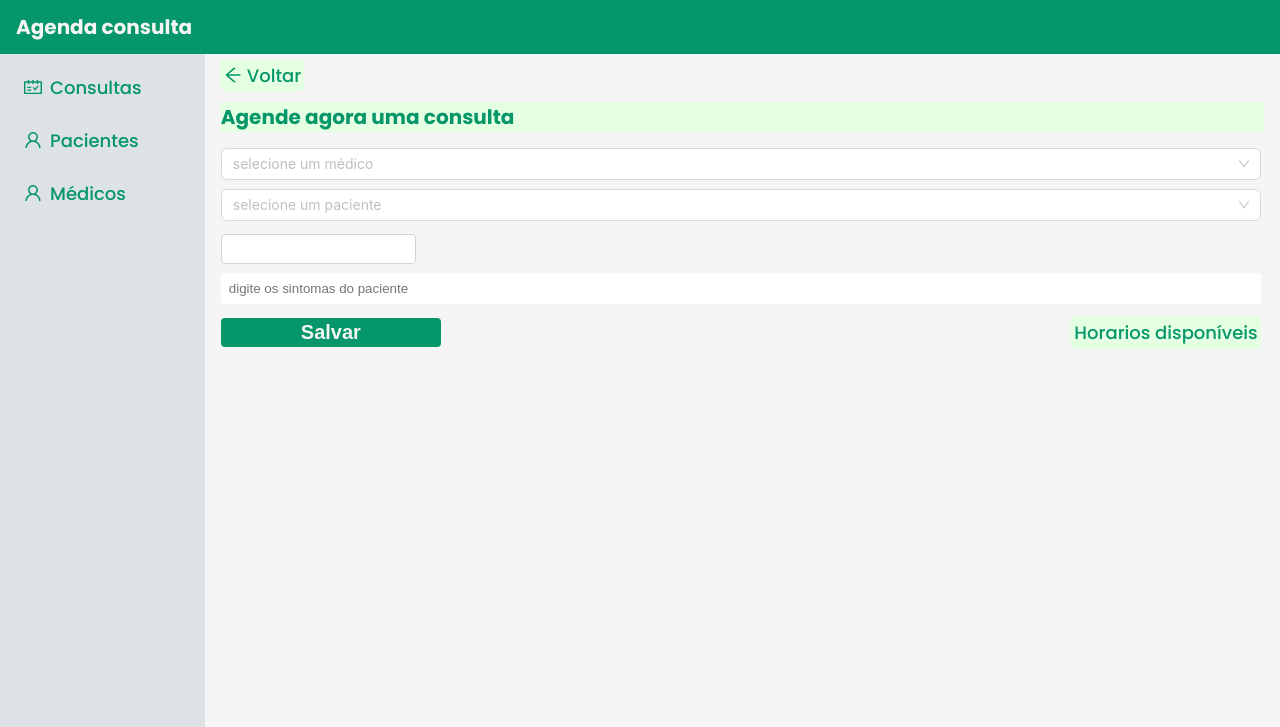
Repository: BarbaraCD/agendaconsulta
Page: /appointments/new
These files come from the project's save history. The page is drawn as it stood at one moment and after the next save; the edit follows.
The browser window is 1280 px wide. The pictures show the whole page.
The page's requests for data from a server got no answer. The project was rebuilt for these pictures with package versions that can differ from the ones it lists, and the page was loaded fresh each time. No one was signed in, and anything a server would have sent is missing. Also part of the build but not shown: vite.config.ts, src/components/Calendar.tsx, src/components/InputPatient.tsx, src/styles/CreateContainer.ts, src/components/DoctorTable.tsx, src/components/PatientTable.tsx, src/components/InputDoctors.tsx.

Above is the page before, as saved 2023-08-29 16:41:08.

### index.html
<!DOCTYPE html>
<html lang="en">
  <head>
    <meta charset="UTF-8" />
    <link rel="icon" type="image/svg+xml" href="/vite.svg" />
    <meta name="viewport" content="width=device-width, initial-scale=1.0" />

    <link rel="preconnect" href="https://fonts.googleapis.com">
    <link rel="preconnect" href="https://fonts.gstatic.com" crossorigin>
    <link href="https://fonts.googleapis.com/css2?family=Poppins:wght@400;500;700&display=swap" rel="stylesheet">

    <title>Agendamento de Consulta</title>
  </head>
  <body>
    <div id="root"></div>
    <script type="module" src="/src/main.tsx"></script>
  </body>
</html>

### src/main.tsx
/* eslint-disable @typescript-eslint/no-non-null-assertion */
import React from 'react'
import ReactDOM from 'react-dom/client'
import { ThemeProvider } from 'styled-components'
import GlobalStyle, { Container, Content } from './styles/global'
import { theme } from './styles/Theme.ts'
import App from './App.tsx'
import { Routes } from './routes/index.tsx'
import { Header } from './components/Header.tsx'
import { BrowserRouter } from 'react-router-dom'

ReactDOM.createRoot(document.getElementById('root')!).render(
  <React.StrictMode>
    <ThemeProvider theme={theme}>
      <GlobalStyle />
      <BrowserRouter>
        <Header />
        <Container>
          <App />
          <Content>
            <Routes />
          </Content>
        </Container>
      </BrowserRouter>
    </ThemeProvider>
  </React.StrictMode>,
)

### src/styles/global.ts
import styled, { createGlobalStyle } from 'styled-components'

export default createGlobalStyle`
  *{
    margin: 0;
    padding: 0;
    box-sizing: border-box;

  }
  body{
    height: 100%;
    width: 100%;
    font-family: 'Poppins', sans-serif;
    background: ${(props) => props.theme.colors.white};
    font-size: ${(props) => props.theme.size.xl};
  }
`

export const Container = styled.div`
  display: flex;
`

export const SidebarGlobal = styled.div`
  width: 16%;
`

export const Content = styled.div`
  flex: 1;
  margin: 0 1rem;
`

### src/styles/Theme.ts
export const theme = {
  colors: {
    primary: '#059669',
    head: '#059669B3',
    100: '#E4FFE1',

    sbcolor: '#DCE2E6',
    gray: '#41414D',
    black: '#000',
    white: '#f5f5f5',
  },
  size: {
    sm: '14px',
    md: '16px',
    lg: '18px',
    xl: '20px',
    xxl: '24px',
  },
}

### src/App.tsx
import { SidebarGlobal } from './styles/global'
import { Sidebar } from './components/Sidebar'

export default function App() {
  return (
    <SidebarGlobal>
      <Sidebar />
    </SidebarGlobal>
  )
}

### src/routes/index.tsx
import { AppRoutes } from './app.routes'

export function Routes() {
  return (
    <>
      <AppRoutes />
    </>
  )
}

### src/components/Header.tsx
import { Link } from 'react-router-dom'
import { styled } from 'styled-components'

const ContainerHeader = styled.div`
  padding: 12px 16px;
  width: 100%;
  min-width: 200px;
  font-weight: 700;
  overflow: visible;
  background-color: ${(props) => props.theme.colors.primary};
`

const StyleLink = styled(Link)`
  text-decoration: none;
  word-break: normal;
  display: block;
  align-items: center;
  justify-content: center;
  color: ${(props) => props.theme.colors.white};
`

export function Header() {
  return (
    <ContainerHeader>
      <StyleLink to="/">Agenda consulta</StyleLink>
    </ContainerHeader>
  )
}

### src/components/Sidebar.tsx
import { ScheduleOutlined, UserOutlined } from '@ant-design/icons'
import { StyledSidebar, StyledList } from '../styles/SidebarStyled'
import { Link } from 'react-router-dom'

export function Sidebar() {
  return (
    <StyledSidebar>
      <StyledList>
        <li>
          <ScheduleOutlined style={{ color: '#059669' }} />
          <Link to="/appointments/calendar">Consultas</Link>
        </li>
        <li>
          <UserOutlined style={{ color: '#059669' }} />
          <Link to="/patients/list">Pacientes</Link>
        </li>
        <li>
          <UserOutlined style={{ color: '#059669' }} />
          <Link to="/doctors/list">Médicos</Link>
        </li>
      </StyledList>
    </StyledSidebar>
  )
}

### src/routes/app.routes.tsx
import { Routes, Route } from 'react-router-dom'

import { App } from 'antd'
import { AppointmentsCalendar } from '../components/Calendar'
import { InputPatients } from '../components/InputPatient'
import { DoctorTable } from '../components/DoctorTable'
import { PatientTable } from '../components/PatientTable'
import { InputDoctors } from '../components/InputDoctors'
import { CreateAppointments } from '../components/Appointments'

export function AppRoutes() {
  return (
    <Routes>
      <Route path="/" element={<App />} />

      <Route path="/patients/new" element={<InputPatients />} />
      <Route path="/patients/:id/edit" element={<InputPatients />} />
      <Route path="/patients/list" element={<PatientTable />} />

      <Route path="/doctors/new" element={<InputDoctors />} />
      <Route path="/doctors/:id/edit" element={<InputDoctors />} />
      <Route path="/doctors/list" element={<DoctorTable />} />

      <Route path="/appointments/new" element={<CreateAppointments />} />
      <Route path="/appointments/:id/edit" element={<CreateAppointments />} />
      <Route path="/appointments/calendar" element={<AppointmentsCalendar />} />
    </Routes>
  )
}

### src/styles/SidebarStyled.ts
import styled from 'styled-components'

export const StyledSidebar = styled.div`
  display: flex;
  flex-direction: column;
  background-color: ${(props) => props.theme.colors.sbcolor};
  color: ${(props) => props.theme.colors.black};
  font-size: ${(props) => props.theme.size.lg};
  font-weight: 500;
  justify-content: flex-start;
  align-items: flex-start;
  overflow: auto;
  height: 93.5vh;
  min-height: 100%;
`

export const StyledList = styled.ul`
  list-style: none;
  padding: 0.5rem;

  li {
    cursor: pointer;
    padding: 1rem;
    line-height: 1.3rem;
  }

  a {
    text-decoration: none;
    color: ${(props) => props.theme.colors.primary};
    margin: 0.5rem;
    word-break: break-all;
  }
`

### src/components/Appointments.tsx
/* eslint-disable react-hooks/exhaustive-deps */
import React, { useEffect, useState } from 'react'

import 'react-datepicker/dist/react-datepicker.css'
import { Select } from 'antd'

import {
  createAppointment,
  getAppointment,
  getAppointmentById,
  updateAppointment,
} from '../services/appointment.services'
import { StyledDatepicker } from '../styles/Appointments'
import {
  ApFooter,
  InputContainer,
  MessageError,
  MessageSaved,
  StyledInput,
  StyledLink,
  StyledSelect,
  SubmitButton,
  StyledValidation,
} from '../styles/InputContainer'
import { useNavigate, useParams } from 'react-router-dom'
import { ArrowLeftOutlined } from '@ant-design/icons'
import { DoctorsProps } from './DoctorTable'
import { PatientsProps } from './PatientTable'
import { z } from 'zod'
import { Controller, useForm } from 'react-hook-form'
import { zodResolver } from '@hookform/resolvers/zod'
import { getDoctors } from '../services/doctor.services'
import { getPatient } from '../services/patient.services'

export type AppointmentsProps = {
  doctorID: number
  patientID: number
  date: string | Date
  symptoms: string
  id: number
}

const appointmentSchema = z.object({
  doctorID: z.number({
    required_error: 'Selecione o medico',
  }),
  patientID: z.number({
    required_error: 'Selecione o paciente',
  }),
  date: z.date({
    required_error:
      'Selecione a data e o horario que deseja realizar a consulta',
    invalid_type_error: 'Formato invalido',
  }),
  symptoms: z.string().min(1, 'Por favor, insira os sintomas.'),
})

export type AppointmentSchemaType = z.infer<typeof appointmentSchema>

export const CreateAppointments: React.FC = () => {
  const {
    control,
    register,
    reset,
    handleSubmit,
    formState: { errors, isSubmitting },
  } = useForm<AppointmentSchemaType>({
    resolver: zodResolver(appointmentSchema),
    defaultValues: {
      doctorID: undefined,
      patientID: undefined,
      date: undefined,
      symptoms: '',
    },
  })

  const [doctors, setDoctors] = useState<DoctorsProps[]>([])
  const [patients, setPatients] = useState<PatientsProps[]>([])
  const [appointments, setAppointments] = useState<AppointmentsProps[]>([])

  const [successMessage, setSuccessMessage] = useState<string | null>(null)
  const [errorMessage, setErrorMessage] = useState<string | null>(null)

  const navigate = useNavigate()
  const { id } = useParams()

  useEffect(() => {
    fetchInfos().catch((error) => {
      console.error('Error fetching Infos:', error)
    })
  }, [])

  async function fetchInfos() {
    const responseDoc = await getDoctors()
    const responsePat = await getPatient()
    const response = await getAppointment()
    setDoctors(responseDoc)
    setPatients(responsePat)
    setAppointments(response)
    if (!id) return
    try {
      const responseAp = await getAppointmentById(Number(id))
      const responseDate = {
        ...responseAp,
      }
      responseDate.date = new Date(responseDate.date)
      reset(responseDate as unknown as AppointmentSchemaType)
    } catch (error) {
      console.error('Error fetching Infos:', error)
    }
  }

  function isWeekday(date: Date) {
    const day = date.getDay()
    return day !== 0 && day !== 6
  }

  function isAppointmented(time: Date) {
    const selectedDateISO = time.toISOString()
    const existingAppointment = appointments.find(
      (appointment) => appointment.date === selectedDateISO,
    )
    return existingAppointment
  }

  const handleScheduleAppointment = async (data: AppointmentSchemaType) => {
    try {
      if (id) {
        await updateAppointment(Number(id), data)
        navigate(-1)
      } else {
        await createAppointment(data)
      }
      setSuccessMessage('Consulta agendada com sucesso!')
      setTimeout(() => {
        setSuccessMessage(null)
      }, 2000)
      reset()
    } catch (error) {
      setErrorMessage('Erro ao agendar consulta.')
    }
  }

  return (
    <InputContainer>
      {successMessage && <MessageSaved>{successMessage}</MessageSaved>}
      {errorMessage && <MessageError>{errorMessage}</MessageError>}

      <StyledLink to="/appointments/calendar">
        <ArrowLeftOutlined /> Voltar
      </StyledLink>

      <form onSubmit={handleSubmit(handleScheduleAppointment)}>
        <h3>Agende agora uma consulta</h3>

        <div>
          <Controller
            name="doctorID"
            control={control}
            render={({ field }) => (
              <StyledSelect {...field} placeholder="selecione um médico">
                {doctors.map((doc) => (
                  <Select.Option key={doc.id} value={doc.id}>
                    {doc.name}
                  </Select.Option>
                ))}
              </StyledSelect>
            )}
          />
          {errors.doctorID && (
            <StyledValidation>{errors.doctorID.message}</StyledValidation>
          )}
        </div>

        <div>
          <Controller
            name="patientID"
            control={control}
            render={({ field }) => (
              <StyledSelect {...field} placeholder="selecione um paciente">
                {patients.map((pat) => (
                  <Select.Option key={pat.id} value={pat.id}>
                    {pat.name}
                  </Select.Option>
                ))}
              </StyledSelect>
            )}
          />
          {errors.patientID && (
            <StyledValidation>{errors.patientID.message}</StyledValidation>
          )}
        </div>

        <div>
          <Controller
            control={control}
            name="date"
            render={({ field: { value, ...field } }) => (
              <StyledDatepicker
                {...field}
                showTimeSelect
                minTime={new Date(0, 0, 0, 8, 0)}
                maxTime={new Date(0, 0, 0, 18, 0)}
                minDate={new Date()}
                selected={value}
                dateFormat="dd/MM/yyyy HH:mm"
                filterTime={(time) => !isAppointmented(time)}
                filterDate={(date) => isWeekday(date)}
              />
            )}
          />
          {errors.date && (
            <StyledValidation>{errors.date.message}</StyledValidation>
          )}
        </div>

        <div>
          <StyledInput
            {...register('symptoms')}
            type="text"
            placeholder="digite os sintomas do paciente"
          />
          {errors.symptoms && (
            <StyledValidation>{errors.symptoms.message}</StyledValidation>
          )}
        </div>

        <ApFooter>
          <SubmitButton type="submit" disabled={isSubmitting}>
            <p>Salvar</p>
          </SubmitButton>
          <StyledLink to="/appointments/calendar">
            Horarios disponíveis
          </StyledLink>
        </ApFooter>
      </form>
    </InputContainer>
  )
}

### src/services/appointment.services.ts
import {
  AppointmentSchemaType,
  AppointmentsProps,
} from '../components/Appointments'
import { api } from './ApiConfig'

export async function getAppointment(): Promise<AppointmentsProps[]> {
  try {
    const response = await api.get('/appointment')
    return response.data
  } catch (error) {
    throw new Error('Erro ao obter dados dos agendamentos:')
  }
}

export async function getAppointmentById(
  id: number,
): Promise<AppointmentsProps> {
  try {
    const response = await api.get(`/appointment/${id}`)
    return response.data
  } catch (error) {
    throw new Error('Erro ao obter dados dos agendamentos:')
  }
}

export async function createAppointment(newAppointment: AppointmentSchemaType) {
  return api.post('/appointment', newAppointment)
}

export async function updateAppointment(
  id: number,
  data: AppointmentSchemaType,
) {
  try {
    const response = await api.put(`/appointment/${id}`, data)
    return response.data
  } catch (error) {
    throw new Error('Erro ao obter dados da consulta:')
  }
}

export async function deleteAppointment(id: number) {
  return await api.delete(`/appointment/${id}`)
}

### src/styles/InputContainer.ts
import styled from 'styled-components'
import { Select } from 'antd'
import { Link } from 'react-router-dom'

export const InputContainer = styled.main`
  color: ${(props) => props.theme.colors.black};
  font-size: ${(props) => props.theme.size.md};
  padding: 0.5rem 0;

  div {
    margin: 0.2rem 0.2rem 0.2rem 0;
  }

  h3 {
    background-color: ${(props) => props.theme.colors[100]};
    color: ${(props) => props.theme.colors.primary};
    font-size: ${(props) => props.theme.size.xl};
    margin: 0.8rem 0;
  }

  label {
    display: flex;
    margin: 0.2rem;
  }

  p {
    font-size: ${(props) => props.theme.size.lg};
    font-weight: 400;
  }
`

export const StyledValidation = styled.span`
  size: ${(props) => props.theme.size.md};
  color: red;
`

export const ApFooter = styled.div`
  display: flex;
  align-items: center;
  justify-content: space-between;
  margin-bottom: 0.5rem;
`

export const StyledSelect = styled(Select)`
  width: 100%;
  border: none;
`

export const SubmitButton = styled.button`
  padding: 0.2rem 5rem;
  border: none;
  border-radius: 4px;
  overflow: hidden;
  cursor: pointer;
  margin: 0.5rem 0;
  background-color: ${(props) => props.theme.colors.primary};
  color: ${(props) => props.theme.colors.white};

  p {
    font-size: ${(props) => props.theme.size.xl};
    font-weight: 600;
  }

  &:hover {
    background-color: ${(props) => props.theme.colors.head};
  }
`

export const StyledLink = styled(Link)`
  text-decoration: none;
  color: ${(props) => props.theme.colors.primary};
  background-color: ${(props) => props.theme.colors[100]};
  font-weight: 600;
  border-radius: 4px;
  margin: 0.5rem 0;
  padding: 0.2rem;
  justify-content: start;
  align-items: center;

  font-size: ${(props) => props.theme.size.lg};
  font-weight: 500;
  overflow: hidden;

  &:hover {
    color: ${(props) => props.theme.colors.gray};
    background-color: ${(props) => props.theme.colors.sbcolor};
  }
`

export const MessageSaved = styled.p`
  justify-content: center;
  text-align: center;
  width: 30%;
  border-radius: 4px;
  margin: 0 35%;
  background-color: ${(props) => props.theme.colors[100]};
  color: ${(props) => props.theme.colors.primary};
  size: ${(props) => props.theme.size.lg};
`

export const MessageError = styled.p`
  background-color: lightpink;
  color: red;
  justify-content: center;
  text-align: center;
  width: 30%;
  border-radius: 4px;
  margin: 0 35%;
`

export const StyledInput = styled.input`
  width: 100%;
  padding: 0.5rem;
  border: none;
  border-radius: 4px;
  overflow: hidden;
`

export const PatSpan = styled.span`
  text-decoration: none;
  color: ${(props) => props.theme.colors.primary};
  background-color: ${(props) => props.theme.colors[100]};
  font-weight: 500;
  border-radius: 4px;
  margin-top: 1rem;
`
export const FlexDiv = styled.div`
  display: flex;
  justify-content: space-between;
  align-items: center;
`

### src/styles/Appointments.ts
import { Modal } from 'antd'
import DatePicker from 'react-datepicker'
import { styled } from 'styled-components'

export const StyledAppointments = styled.div`
  color: ${(props) => props.theme.colors.black};
  font-size: ${(props) => props.theme.size.md};
  padding: 1.6rem 0;
`

export const CalendarStyled = styled.div`
  display: block;
`

export const StyledModal = styled(Modal)`
  color: ${(props) => props.theme.colors.primary};

  h3 {
    background-color: ${(props) => props.theme.colors[100]};
    color: ${(props) => props.theme.colors.primary};
    font-size: ${(props) => props.theme.size.xl};
    padding: 0.8rem;
    text-align: center;
    margin-bottom: 0.5rem;
  }

  p {
    margin-left: 0.5rem;
    font-size: ${(props) => props.theme.size.lg};
  }

  button {
    margin: 0.5rem;
    padding: 0.2rem;
    cursor: pointer;
    border: none;
    font-weight: 500;
    color: ${(props) => props.theme.colors.primary};
    background-color: ${(props) => props.theme.colors[100]};
    font-size: ${(props) => props.theme.size.lg};
  }
`

export const StyledQuestion = styled.div`
  p {
    color: ${(props) => props.theme.colors.black};
  }

  .button-sim {
    justify-content: space-between;
    color: ${(props) => props.theme.colors.sbcolor};
    background-color: lightcoral;
  }

  .button-nao {
    justify-content: space-between;
    color: ${(props) => props.theme.colors.primary};
    background-color: ${(props) => props.theme.colors.sbcolor};
  }
`

export const StyledDatepicker = styled(DatePicker)`
  width: 100%;
  border: 1px solid lightgray;
  border-radius: 4px;
  padding: 0.4rem;
  text-decoration: 1px solid ${(props) => props.theme.colors.head};
`

### src/services/doctor.services.ts
import { DoctorsProps } from '../components/DoctorTable'
import { DoctorSchemaType } from '../components/InputDoctors'
import { api } from './ApiConfig'

export async function getDoctors(): Promise<DoctorsProps[]> {
  try {
    const response = await api.get('/doctor')
    return response.data
  } catch (error) {
    throw new Error('Erro ao obter dados dos pacientes:')
  }
}

export async function getDoctorById(id: number): Promise<DoctorsProps> {
  try {
    const response = await api.get(`/doctor/${id}`)
    return response.data
  } catch (error) {
    throw new Error('Erro ao obter dados dos Medicos:')
  }
}

export async function createDoctor(data: DoctorSchemaType) {
  return api.post('/doctor', data)
}

export async function updateDoctor(id: number, data: DoctorSchemaType) {
  try {
    const response = await api.put(`/doctor/${id}`, data)
    return response.data
  } catch (error) {
    throw new Error('Erro ao obter dados dos pacientes:')
  }
}

export async function deleteDoctor(id: number) {
  return await api.delete(`/doctor/${id}`)
}

### src/services/patient.services.ts
import { PatientSchemaType } from '../components/InputPatient'
import { PatientsProps } from '../components/PatientTable'
import { api } from './ApiConfig'

export async function getPatient(): Promise<PatientsProps[]> {
  try {
    const response = await api.get('/patient')
    return response.data
  } catch (error) {
    throw new Error('Erro ao obter dados dos pacientes:')
  }
}

export async function getPatientById(id: number): Promise<PatientsProps> {
  try {
    const response = await api.get(`/patient/${id}`)
    return response.data
  } catch (error) {
    throw new Error('Erro ao obter dados dos pacientes:')
  }
}

export async function createPatient(data: PatientSchemaType) {
  return api.post('/patient', data)
}

export async function updatePatient(id: number, data: PatientSchemaType) {
  try {
    const response = await api.put(`/patient/${id}`, data)
    return response.data
  } catch (error) {
    throw new Error('Erro ao obter dados dos pacientes:')
  }
}

export async function deletePatient(id: number) {
  return await api.delete(`/patient/${id}`)
}

Loaded but not shown: src/services/ApiConfig.ts (common file)

After the next save:
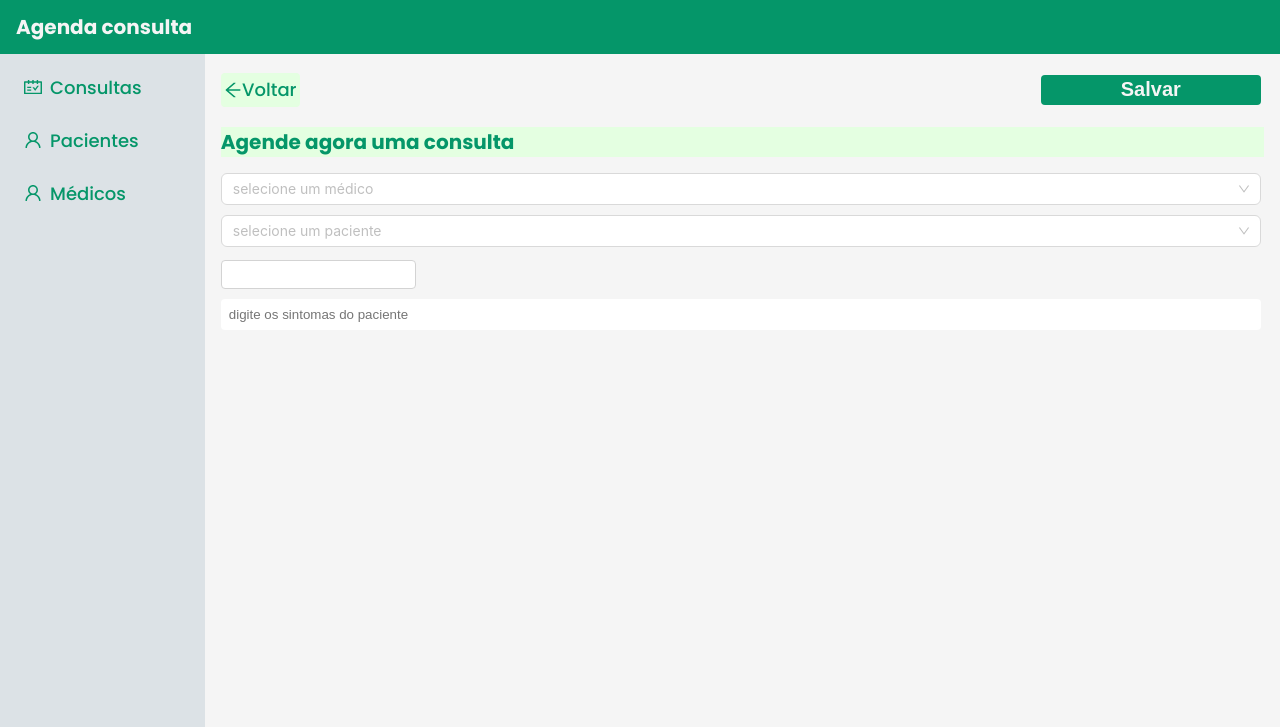
Saved 52 s later.
--- a/src/components/Appointments.tsx
+++ b/src/components/Appointments.tsx
@@ -21,6 +21,7 @@ import {
   StyledSelect,
   SubmitButton,
   StyledValidation,
+  FlexDiv,
 } from '../styles/InputContainer'
 import { useNavigate, useParams } from 'react-router-dom'
 import { ArrowLeftOutlined } from '@ant-design/icons'
@@ -146,9 +147,15 @@ export const CreateAppointments: React.FC = () => {
       {successMessage && <MessageSaved>{successMessage}</MessageSaved>}
       {errorMessage && <MessageError>{errorMessage}</MessageError>}
 
-      <StyledLink to="/appointments/calendar">
-        <ArrowLeftOutlined /> Voltar
-      </StyledLink>
+      <FlexDiv>
+        <StyledLink to="/patients/list">
+          <ArrowLeftOutlined />
+          Voltar
+        </StyledLink>
+        <SubmitButton type="submit" disabled={isSubmitting}>
+          <p>Salvar</p>
+        </SubmitButton>
+      </FlexDiv>
 
       <form onSubmit={handleSubmit(handleScheduleAppointment)}>
         <h3>Agende agora uma consulta</h3>
@@ -224,15 +231,6 @@ export const CreateAppointments: React.FC = () => {
             <StyledValidation>{errors.symptoms.message}</StyledValidation>
           )}
         </div>
-
-        <ApFooter>
-          <SubmitButton type="submit" disabled={isSubmitting}>
-            <p>Salvar</p>
-          </SubmitButton>
-          <StyledLink to="/appointments/calendar">
-            Horarios disponíveis
-          </StyledLink>
-        </ApFooter>
       </form>
     </InputContainer>
   )
